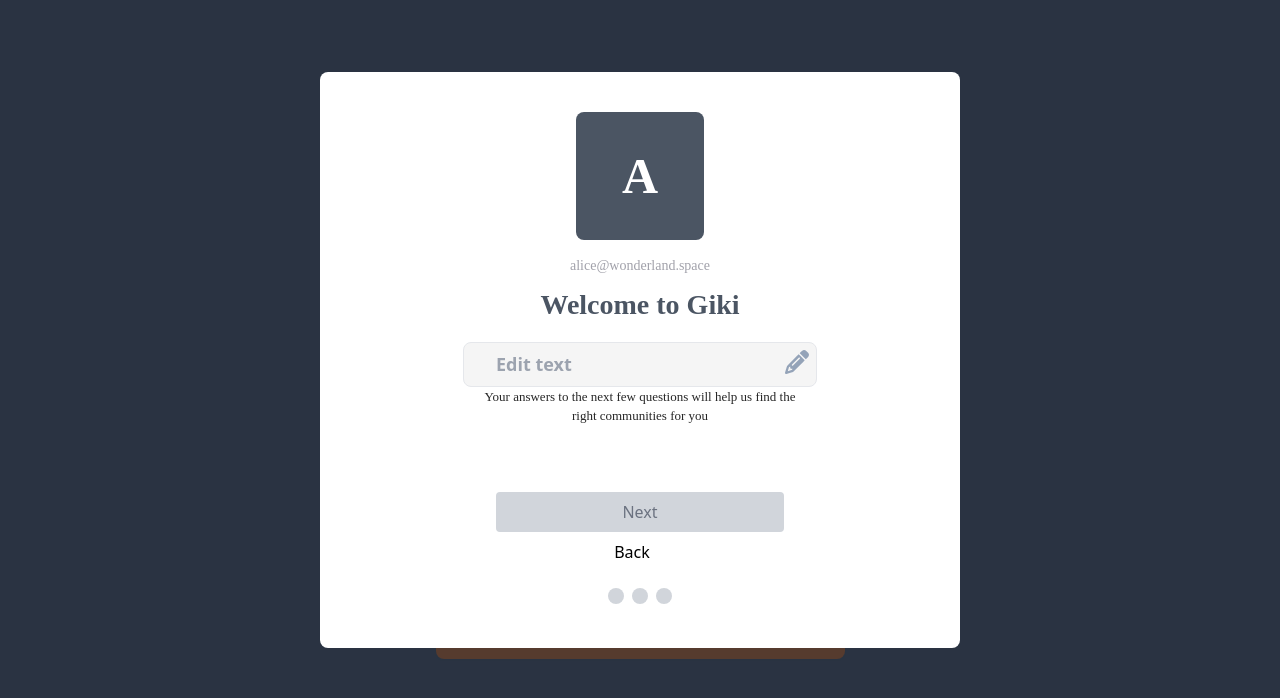
Repository: ZakariaZhlat125/lucatctyteste
Page: /, after clicking the first element matching `button.mt-36`
An editor plug-in stored every save of this project. The page is shown before and after the next save, followed by the edit.
The browser window is 1280 px wide. The pictures show the whole page.
The project was rebuilt for these pictures with package versions that can differ from the ones it lists, and the page was loaded fresh each time. Also part of the build but not shown: vite.config.js, src/Components/ModalComponents/PickLang.jsx, src/Components/ModalComponents/SelectImage.jsx.

Above is the page before, as saved 2023-09-29 13:25:00.

After the next save:
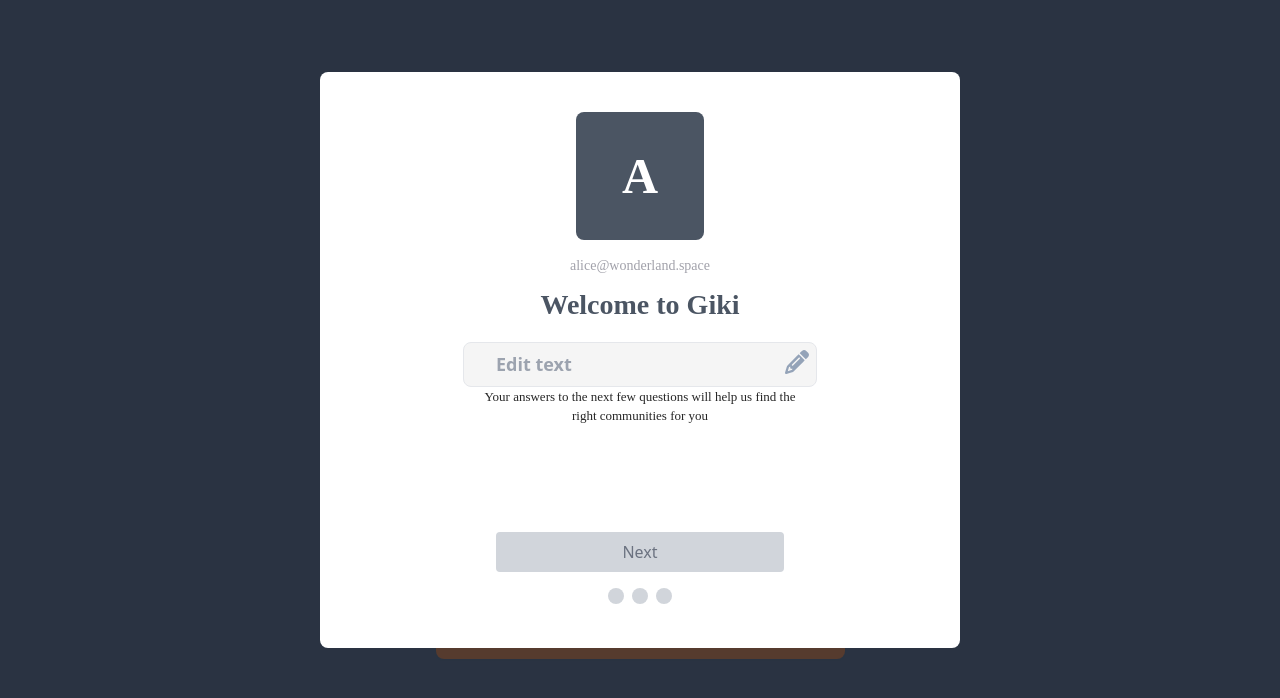
Saved 10 min 31 s later.
--- a/src/Components/ModalComponents/Modal.jsx
+++ b/src/Components/ModalComponents/Modal.jsx
@@ -74,12 +74,12 @@
           >
             {nextPageText}
           </button>
-          <button
+          {currentPage >1 && <button
             onClick={prevPage}
             className="mr-4   text-black px-4 py-2 rounded"
           >
             Back
-          </button>
+          </button>}
           <div className="flex mt-4 self-center">
             {[...Array(totalPages)].map((_, index) => (
               <div
